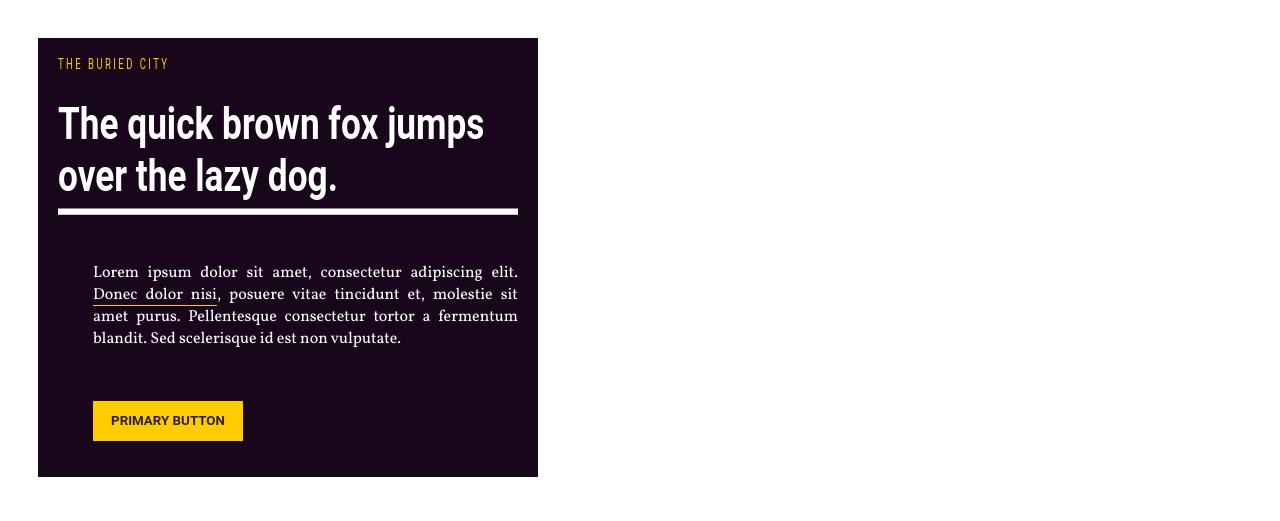
Repository: rafigabriel/TP2---Web-I
Page: ex03-css/index.html
The author's editor kept a copy of each file at every save. The page is drawn from the files as they stood at one save, then again after the next save.
The browser window is 1280 px wide. The pictures show the whole page.

Above is the page before, as saved 2024-09-09 18:26:50.

### ex03-css/index.html
<!DOCTYPE html>
<html lang="pt-br">
    <head>
        <meta charset="UTF-8">
        <meta name="viewport" content="width=device-width, initial-scale=1.0">
        <title>Exercicio 3</title>
        <link rel="stylesheet" href="style.css">
        <link rel="preconnect" href="https://fonts.googleapis.com">
        <link rel="preconnect" href="https://fonts.gstatic.com" crossorigin>
        <link
            href="https://fonts.googleapis.com/css2?family=Roboto+Condensed:ital,wght@0,100..900;1,100..900&display=swap"
            rel="stylesheet">
        <link rel="preconnect" href="https://fonts.googleapis.com">
        <link rel="preconnect" href="https://fonts.gstatic.com" crossorigin>
        <link
            href="https://fonts.googleapis.com/css2?family=Vollkorn:ital,wght@0,400..900;1,400..900&display=swap"
            rel="stylesheet">

    </head>
    <body>
        <div id="container">
            <p id="secao">The buried city</p>
            <h1>The quick brown fox jumps over the lazy dog.</h1>
            <p>Lorem ipsum dolor sit amet, consectetur adipiscing elit. <a
                    id="link"
                    href="#">Donec dolor nisi</a>, posuere vitae tincidunt et,
                molestie sit amet purus. Pellentesque consectetur tortor a
                fermentum
                blandit. Sed scelerisque id est non vulputate.</p>
            <p>
                <button>Primary button</button>
            </p>

        </div>

    </body>
</html>

### ex03-css/style.css
body{
    width: 500px;
    color: #231900;
    padding: 30px;
}

#container{
    background-color: #18071B;
    padding: 20px;
}

h1{
    font-size: 2.2em;
    font-family: "Roboto", sans-serif;
    font-style: normal;
    font-weight: 700;
    color: white;
    padding-bottom: 5px;
    margin-top: 40px;
    border-bottom: 5px solid white;
    transform: scale(1,1.25);
}
p{
    text-align: justify;
    padding: 35px;
    padding-right: 0;
    padding-bottom: 0;
    font-family: "Vollkorn", serif;
    font-weight: 400;
    font-style: normal;
    font-size: 1em;
    color: white;
}

#secao{
    padding: 0;
    font-family: "Roboto", sans-serif;
    font-style: normal;
    font-weight: 400;
    font-size: 0.6em;
    color: #FFCC00;
    letter-spacing: 0.25em;
    margin-top: auto;
    text-transform: uppercase;
    transform: scale(1,1.5);
}

#link{
    font-family: "Vollkorn", serif;
    font-weight: 400;
    color: white;
    text-decoration: underline;
    text-decoration-color: #FFCC00;
    text-decoration-thickness:1px ;
    text-underline-offset: 6px;
}

button{
    display: block;
    background-color: #FFCC00;
    color: #2F2032;
    width: 150px;
    height: 40px;
    border: none;
    font-weight: 700;
    margin-top: 0px;
    font-family: "Roboto", sans-serif;
    text-transform: uppercase;
    text-align: center;
    margin-bottom: 0px;
}

After the next save:
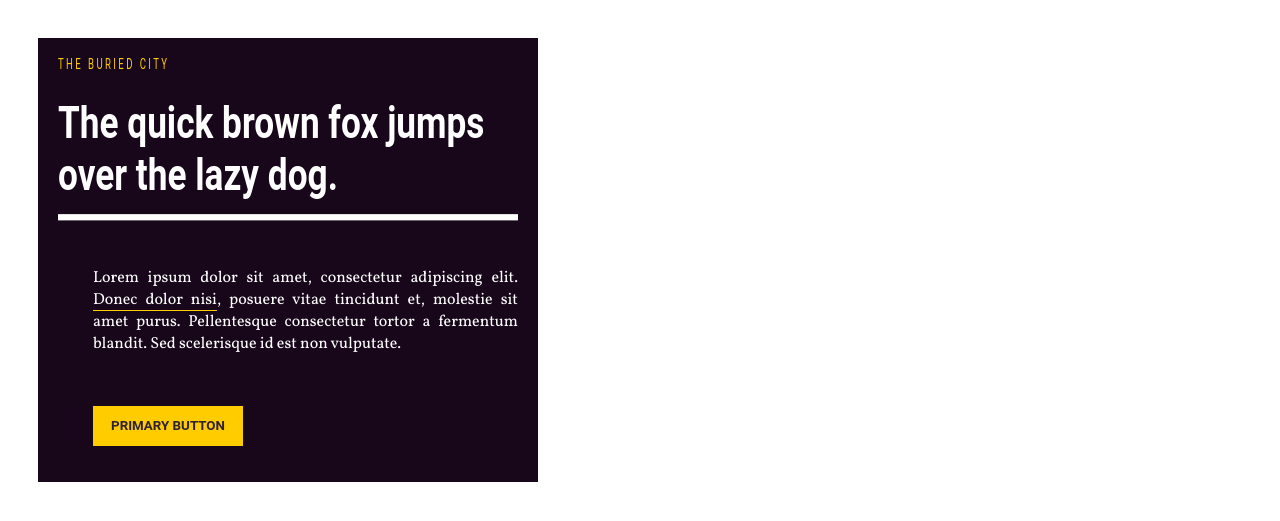
Saved 5 s later.
--- a/ex03-css/style.css
+++ b/ex03-css/style.css
@@ -15,7 +15,7 @@
     font-style: normal;
     font-weight: 700;
     color: white;
-    padding-bottom: 5px;
+    padding-bottom: 10px;
     margin-top: 40px;
     border-bottom: 5px solid white;
     transform: scale(1,1.25);

After the save that followed:
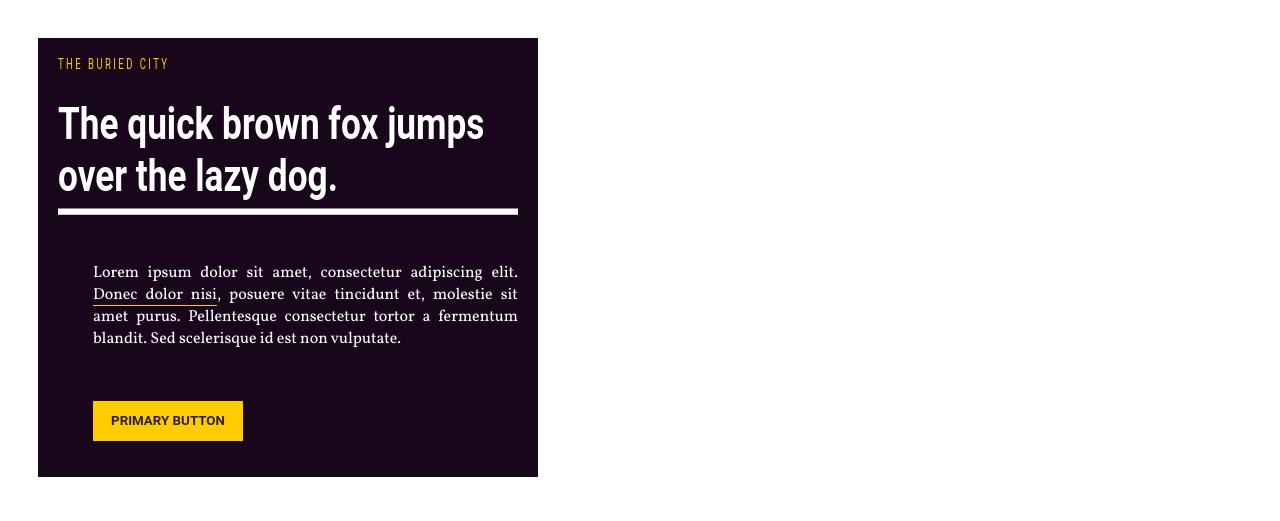
Saved 7 s later.
--- a/ex03-css/style.css
+++ b/ex03-css/style.css
@@ -15,7 +15,7 @@
     font-style: normal;
     font-weight: 700;
     color: white;
-    padding-bottom: 10px;
+    padding-bottom: 5px;
     margin-top: 40px;
     border-bottom: 5px solid white;
     transform: scale(1,1.25);
